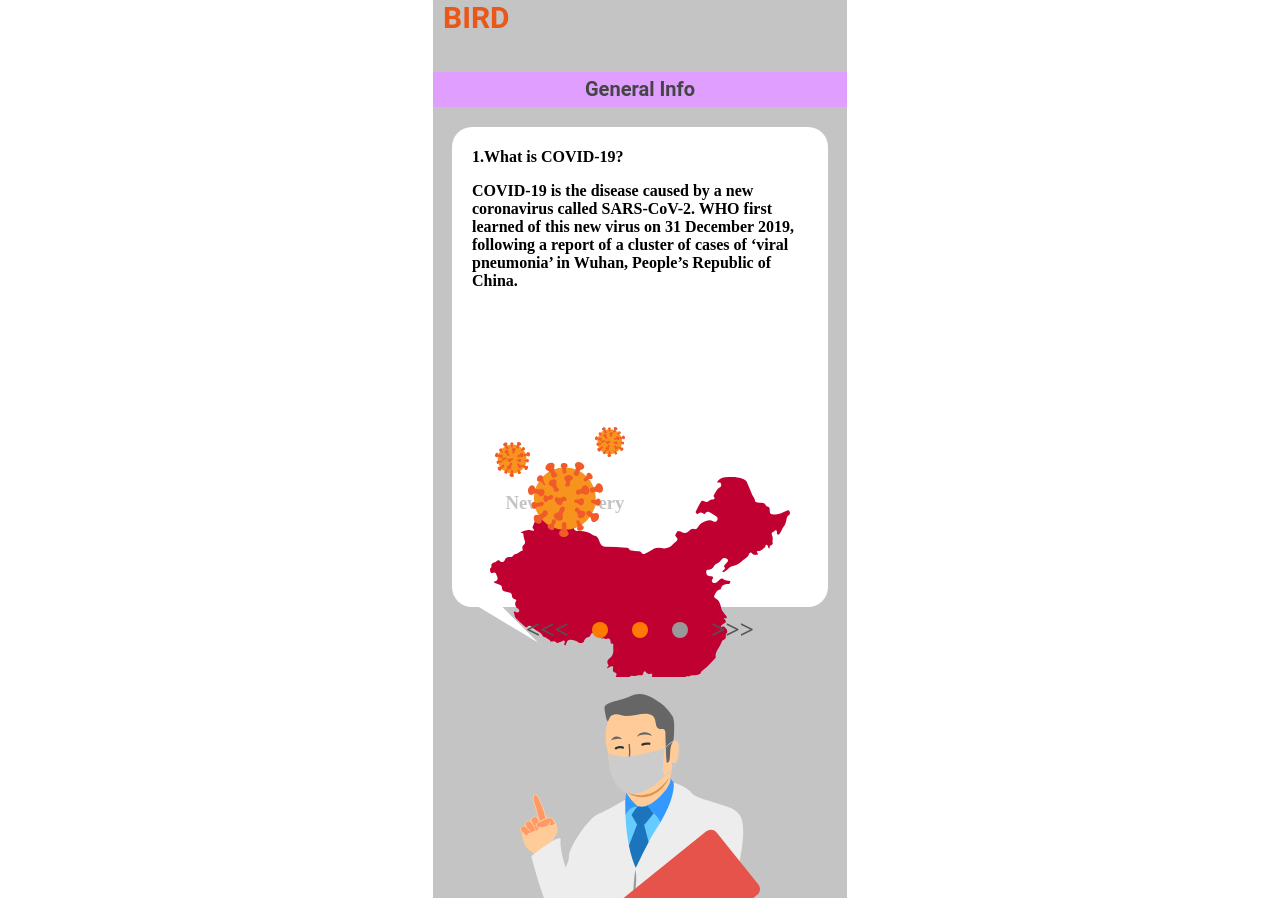
Repository: Levic559/BIRD
Page: General_info-1/1.html
An editor plug-in stored every save of this project. The page is shown before and after the next save, followed by the edit.
The browser window is 1280 px wide. The pictures show the whole page.

Above is the page before, as saved 2021-03-10 21:53:35.

After the next save:
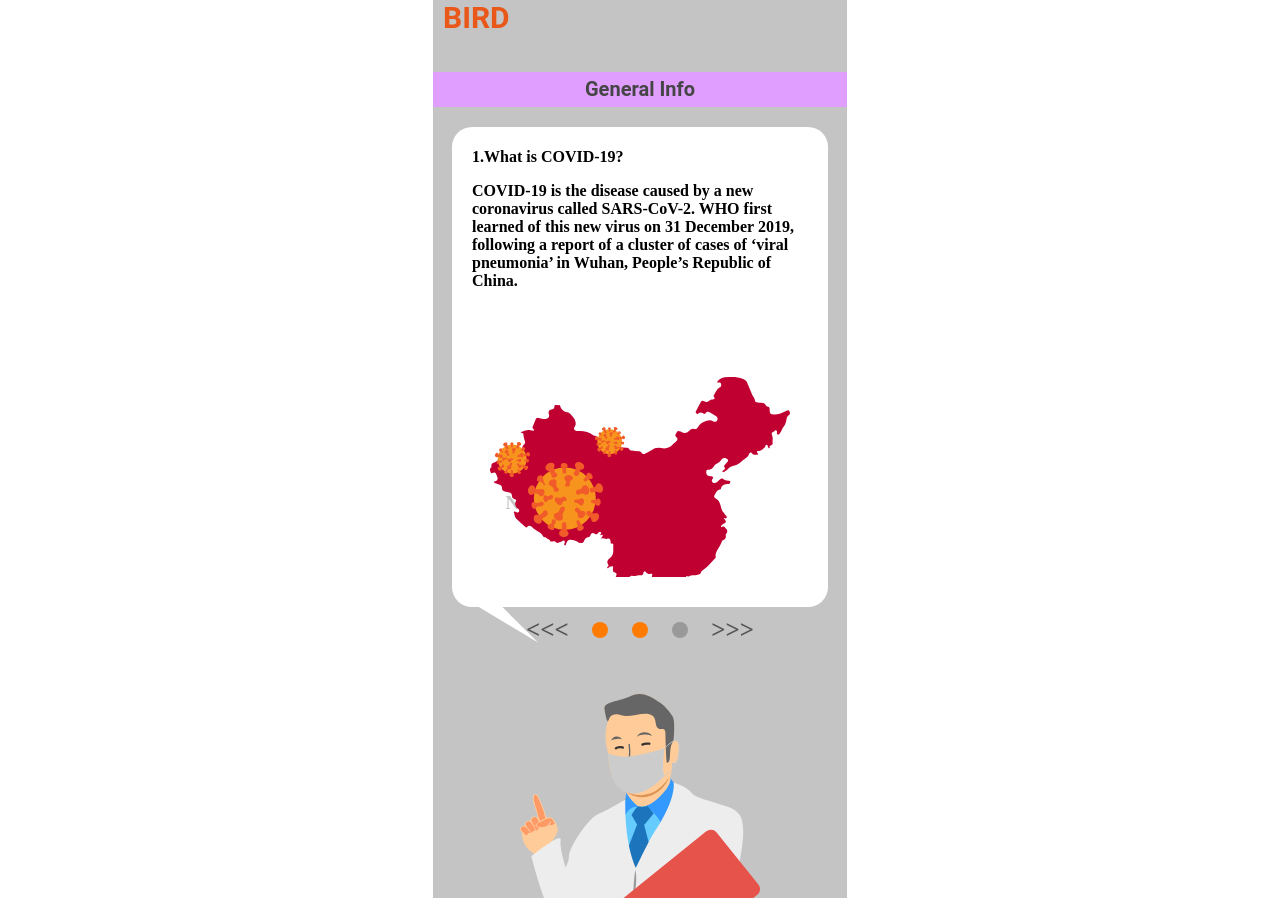
Saved 9 s later.
--- a/General_info_structure/mystyle.css
+++ b/General_info_structure/mystyle.css
@@ -89,7 +89,7 @@ body {
   height: 200px;
   overflow: hidden;
   position: absolute;
-  margin-top: 350px;
+  margin-top: 250px;
 }
 .infographicImg2{
   width: 35px;
